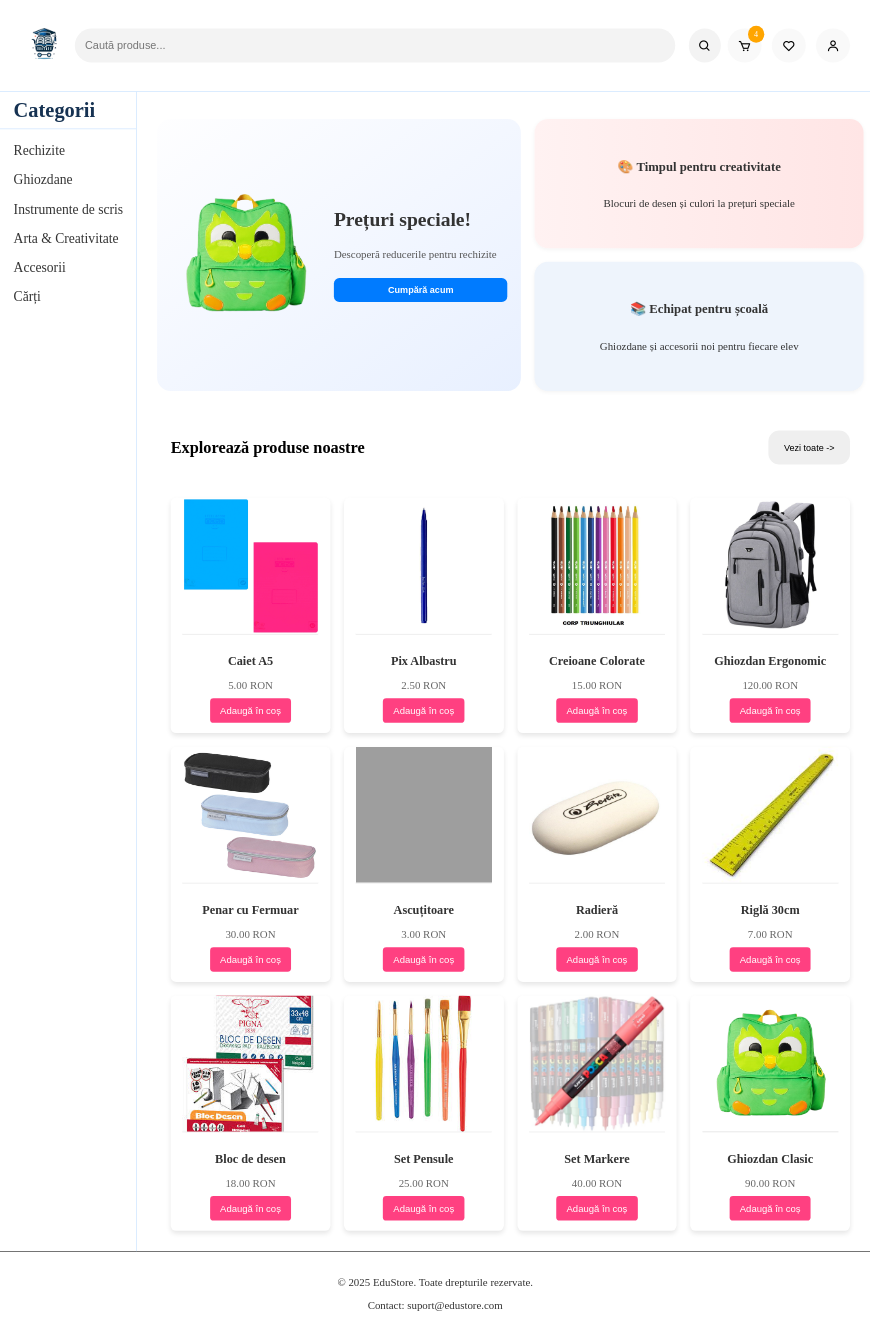
Repository: Roxana5504/WebDev-Project
Page: frontend/index.html
An editor plug-in stored every save of this project. The page is shown before and after a run of saves, followed by the edit.
The browser window is 1280 px wide. The pictures show the whole page, at 68% of full size.
Pictures or frames that could not be fetched are drawn as grey boxes.

Above is the page before, as saved 2025-04-23 17:04:22.

After the next 2 saves:
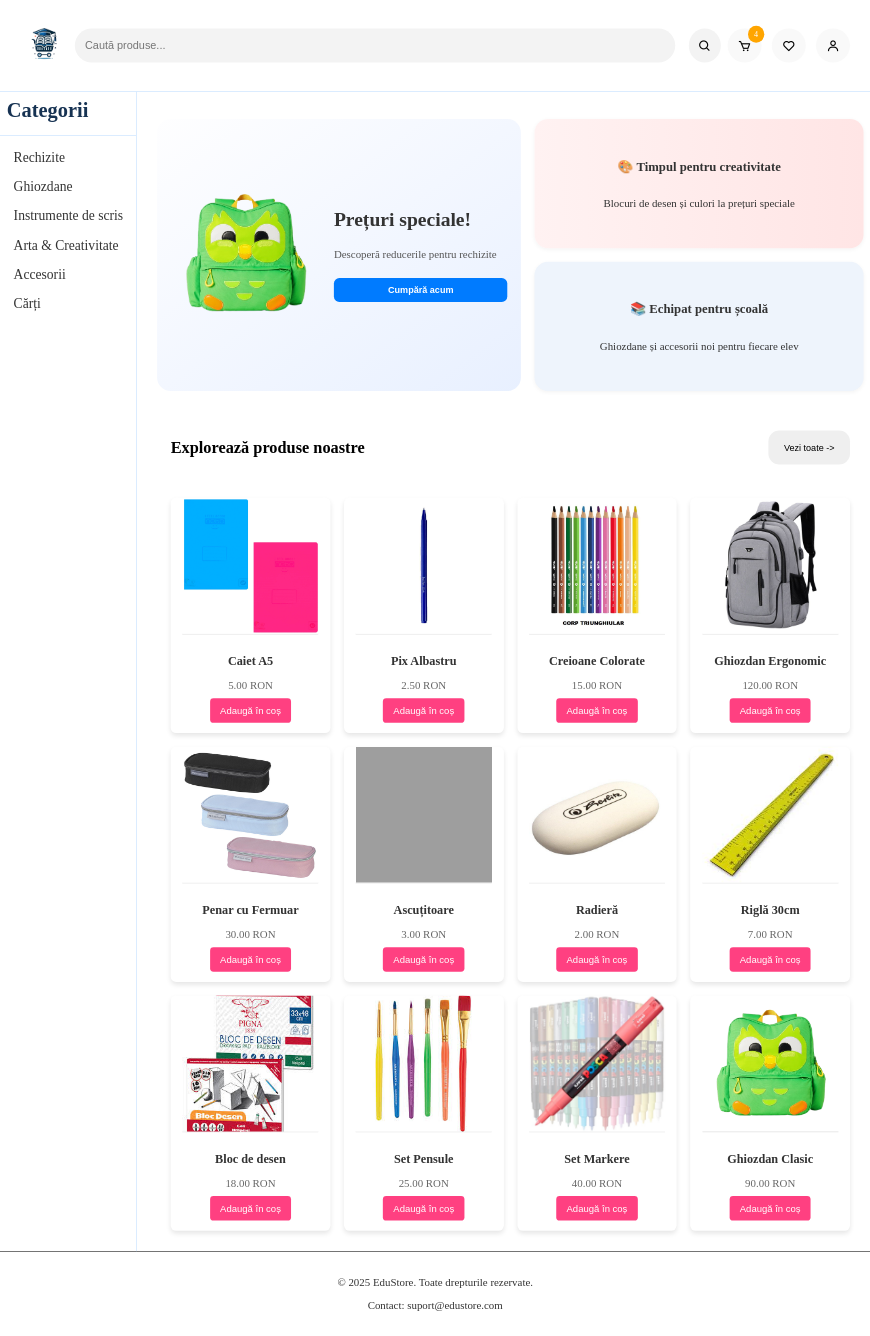
The 2 saves are shown as one change because they came seconds apart.
The last was saved 6 s later.
--- a/frontend/styles.css
+++ b/frontend/styles.css
@@ -198,14 +198,12 @@
 
 .sidebar h2 {
   padding: 10px 0px 20px 10px;
-  padding-top: 10px;
-  padding-left: 20px;
+
   font-size: 30px;
   font-weight: bold;
   margin-top: 0px;
   color: rgb(22, 50, 82);
   margin-bottom: 10px;
-  padding-bottom: 10px;
   border-bottom: 1px solid rgb(203, 227, 255);
 }
 

After the 2 saves that followed:
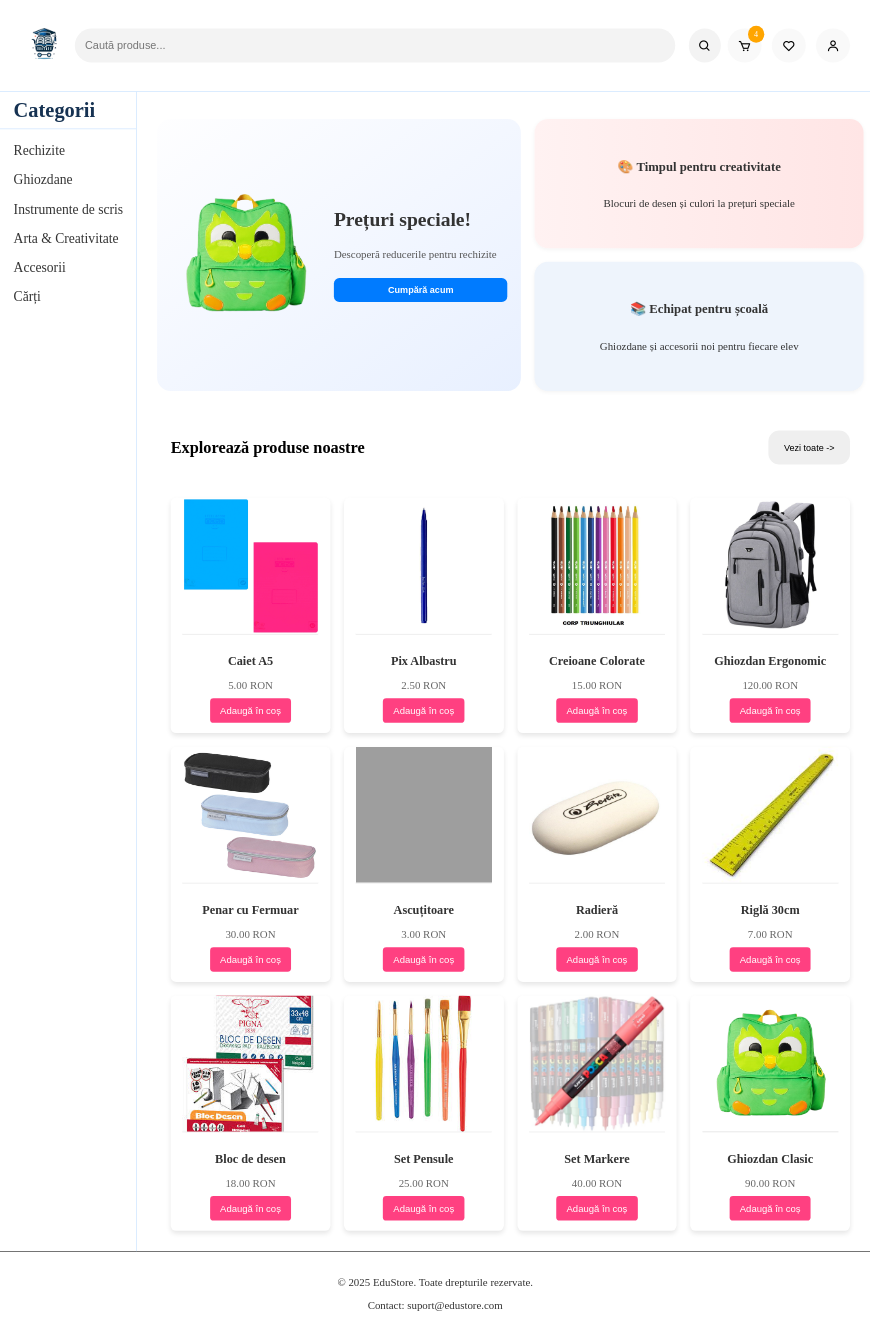
The 2 saves are shown as one change because they came seconds apart.
The last was saved 7 s later.
--- a/frontend/styles.css
+++ b/frontend/styles.css
@@ -197,13 +197,14 @@
 }
 
 .sidebar h2 {
-  padding: 10px 0px 20px 10px;
-
+  padding-top: 10px;
+  padding-left: 20px;
   font-size: 30px;
   font-weight: bold;
   margin-top: 0px;
   color: rgb(22, 50, 82);
   margin-bottom: 10px;
+  padding-bottom: 10px;
   border-bottom: 1px solid rgb(203, 227, 255);
 }
 
